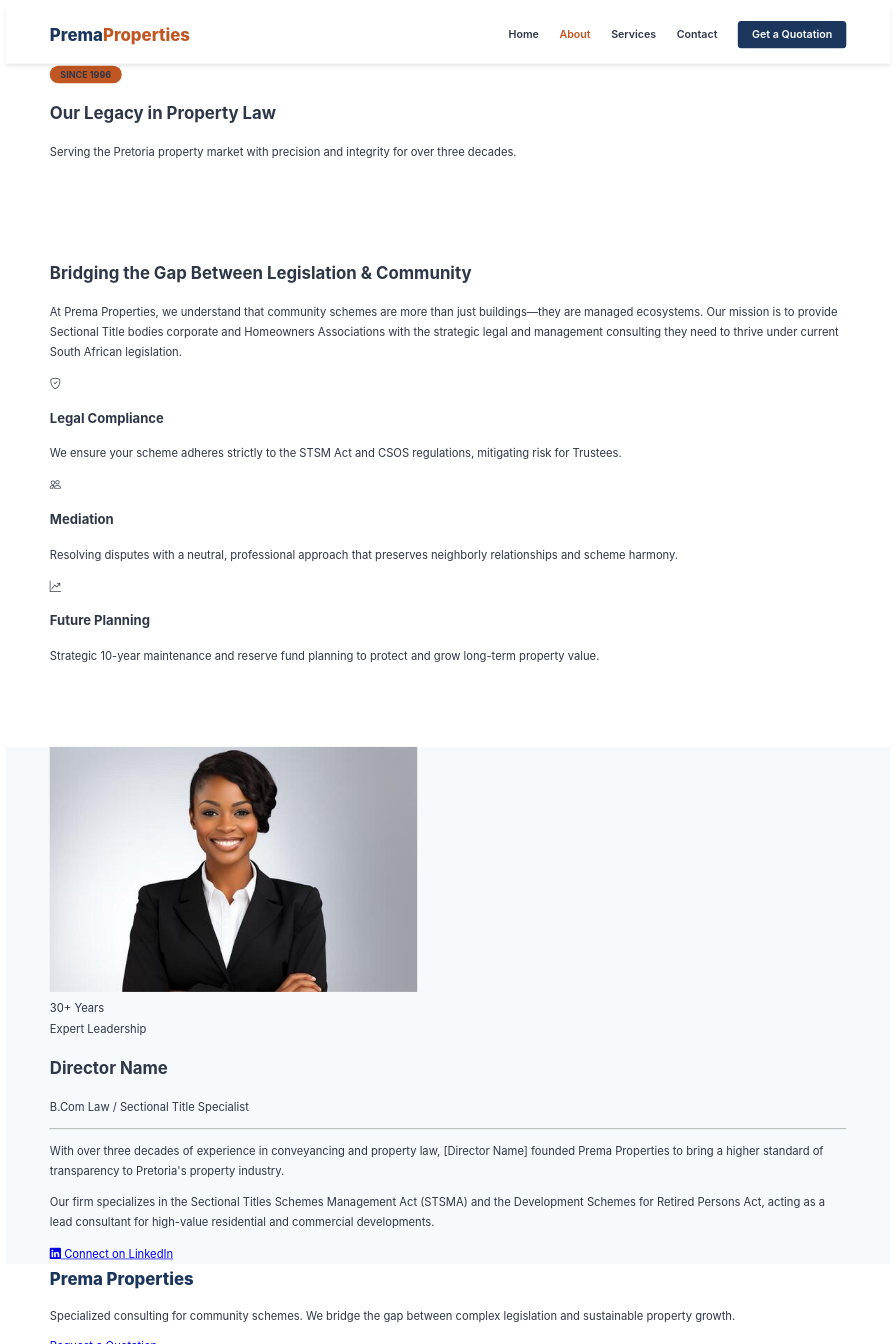
Repository: mnqobiMenzi/Prema-Properties
Page: about-us.html
The author's editor kept a copy of each file at every save. The page is drawn from the files as they stood at one save, then again after a run of saves.
The browser window is 1280 px wide. The pictures show the part of the page from y = 0 to 1920 px (the page is 2820 px tall before and 2849 px after), at 70% of full size.

Above is the page before, as saved 2026-02-10 12:31:56.

After the next 2 saves:
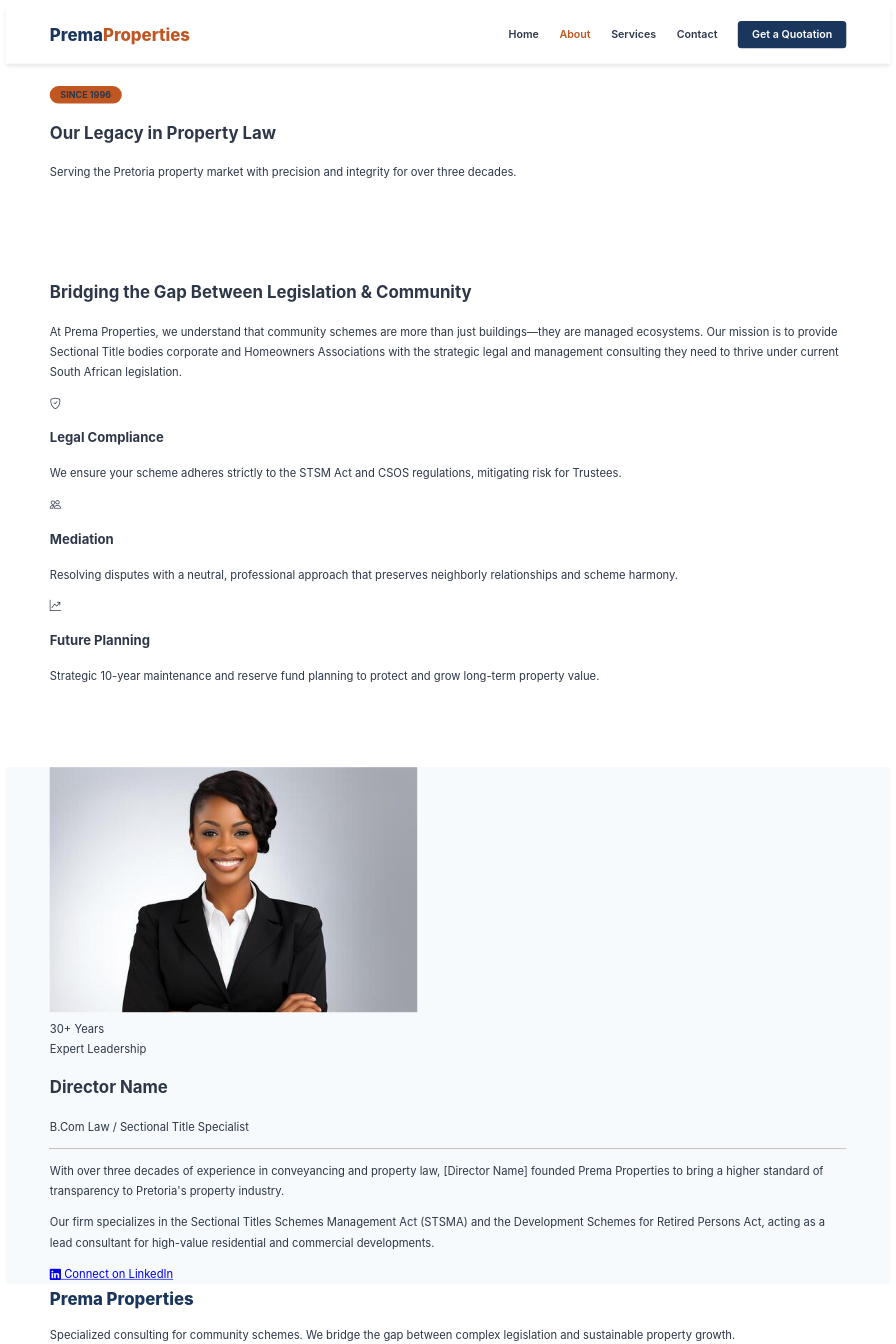
The 2 saves are shown as one change because they came seconds apart.
The last was saved 16 s later.
--- a/about-us.html
+++ b/about-us.html
@@ -24,8 +24,8 @@
 
   <section class="about-hero-v2">
     <div class="container">
+      <br/>
       <span class="badge">Since 1996</span>
-      <br/>
       <h1>Our Legacy in Property Law</h1>
       <p class="lead">Serving the Pretoria property market with precision and integrity for over three decades.</p>
     </div>
